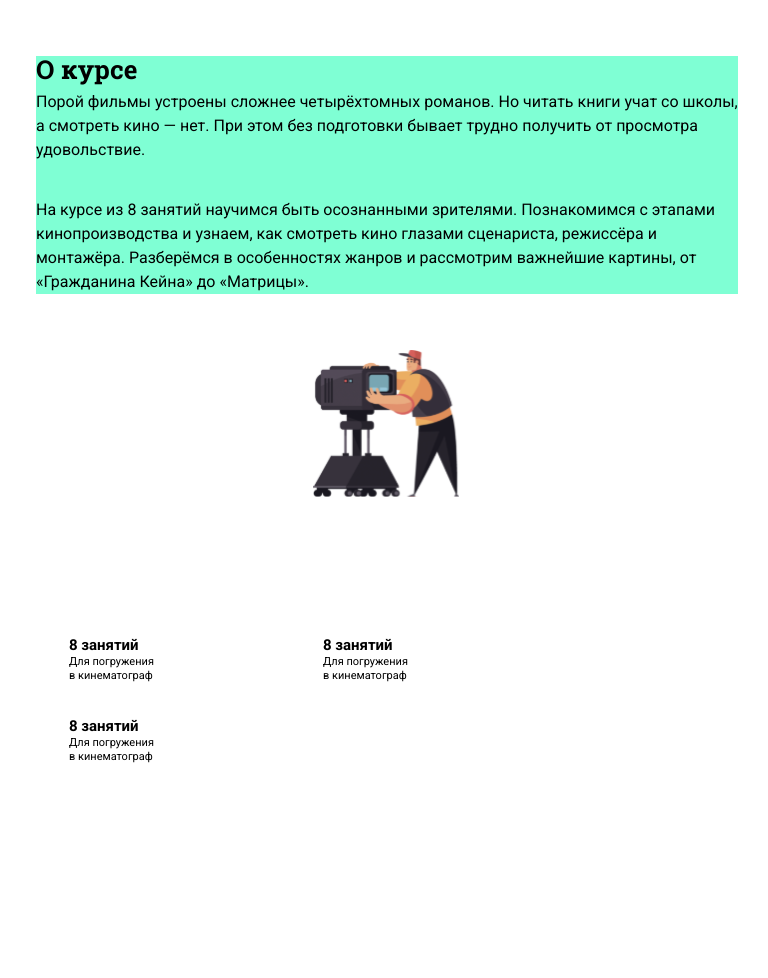
Repository: mirali879/Figma-project1
Page: index.html
These files come from the project's save history. The page is drawn as it stood at one moment and after the next save; the edit follows.
The browser window is 768 px wide. The pictures show the whole page.

Above is the page before, as saved 2023-04-30 12:28:45.

### index.html
<!DOCTYPE html>
<html lang="en">

<head>
  <meta charset="UTF-8" />
  <meta http-equiv="X-UA-Compatible" content="IE=edge" />
  <meta name="viewport" content="width=device-width, initial-scale=1.0" />
  <title>Document</title>
  <link rel="stylesheet" href="/index.css">
</head>

<body>
  <div class="container">
    <div class="row up">
      <div class="col left">
        <h1>О курсе</h1>
        <p>
          Порой фильмы устроены сложнее четырёхтомных романов. Но читать
          книги учат со школы, а смотреть кино — нет. При этом без
          подготовки бывает трудно получить от просмотра удовольствие.
        </p>
        <br><br>
        <p>
          На курсе из 8 занятий научимся быть осознанными зрителями.
          Познакомимся с этапами кинопроизводства и узнаем, как смотреть
          кино глазами сценариста, режиссёра и монтажёра. Разберёмся в
          особенностях жанров и рассмотрим важнейшие картины, от
          «Гражданина Кейна» до «Матрицы».
        </p>
      </div>
      <div class="col right">
        <svg width="314" height="315" viewBox="0 0 314 315" fill="none" xmlns="http://www.w3.org/2000/svg"
          xmlns:xlink="http://www.w3.org/1999/xlink">
          <rect width="314" height="315" fill="url(#pattern0)" />
          <defs>
            <pattern id="pattern0" patternContentUnits="objectBoundingBox" width="1" height="1">
              <use xlink:href="#image0_1_51" transform="matrix(0.00186916 0 0 0.00186323 0 -0.000275923)" />
            </pattern>
            <image id="image0_1_51" width="535" height="537"
              xlink:href="data:[embedded picture, 160582 characters]" />
          </defs>
        </svg>
      </div>
    </div>

    <div class="down">
      <img src="/images/photo 1.png" alt="" />
      <ul class="list">
        <li>
          <h5>8 занятий</h5>
          <p>Для погружения в кинематограф</p>
        </li>

        <li>
          <h5>8 занятий</h5>
          <p>Для погружения в кинематограф</p>
        </li>

        <li>
          <h5>8 занятий</h5>
          <p>Для погружения в кинематограф</p>
        </li>
      </ul>
    </div>
  </div>
</body>

</html>

### index.css
@import url("https://fonts.googleapis.com/css2?family=Roboto+Slab:wght@700&family=Roboto:wght@400;500;700&display=swap");
* {
  margin: 0;
  padding: 0;
}
.container {
  padding: 91px 150px 173px 124px;
}

.row {
  display: flex;
  justify-content: space-between;
  align-items: center;
}

.left {
  width: 662px;
}
.left h1 {
  font-size: 55px;
  font-family: "Roboto", sans-serif;
  font-weight: 700;
  margin-bottom: 0px;
}
.left p {
  font-family: "Roboto";
  font-style: normal;
  font-weight: 400;
  font-size: 24px;
  line-height: 150%;
}

.down {
  display: flex;
  align-items: center;
  justify-content: space-between;
  margin-top: 94px;
}

ul {
  margin-left: 132px;
  display: flex;
  justify-content: space-between;
  width: 100%;
}

li {
  width: 150px;
  list-style-type: none;
}
li p {
  font-family: "Roboto";
  font-style: normal;
  font-weight: 400;
  font-size: 18px;
  line-height: 130%;
}
li h5 {
  font-family: "Roboto";
  font-style: normal;
  font-weight: 700;
  font-size: 25px;
  line-height: 130%;
}
.down img {
  width: 232px;
  height: 203px;
}

@media screen and (max-width: 1024px) {
  /* tablet media  */
  .container {
    padding: 56px 86px 180px 72px;
  }
  .left h1 {
    font-size: 32px;
    margin-bottom: 32px;
  }
  .left {
    width: 382px;
  }
  .left p {
    font-size: 14px;
  }
  .right svg {
    width: 182px;
    height: 182px;
  }

  .down {
    display: flex;
    justify-content: flex-start;
  }

  .down img {
    display: none;
  }

  ul {
    margin-left: 0px;
    display: flex;
    justify-content: flex-start;
  }

  .list li {
    width: 86px;
    margin: 0 55px 0 0;
  }

  li h5 {
    font-family: Roboto;
    font-size: 15px;
    font-weight: 700;
    line-height: 19px;
    letter-spacing: 0em;
    text-align: left;
  }

  li p {
    font-family: Roboto;
    font-size: 11px;
    font-weight: 400;
    line-height: 14px;
    letter-spacing: 0em;
    text-align: left;
  }
}
@media screen and (max-width: 768px) {
  /* mobile media  */

  .container {
    padding: 56px 30px 180px 36px;
  }

  .left h1 {
    margin-bottom: 8.39px;
    font-family: Roboto Slab;
    font-size: 26px;
    font-weight: 700;
    line-height: 26px;
    letter-spacing: 0em;
    text-align: left;
  }

  .left p {
    font-family: Roboto;
    font-size: 16px;
    font-weight: 400;
    line-height: 24px;
    letter-spacing: 0em;
    text-align: left;
  }

  .row {
    display: flex;
    flex-wrap: wrap;
  }

  .left {
    background-color: aquamarine;
    width: 100%;
  }

  .right {
    margin: 56px 115px 45px 113px;
    display: flex;
    align-items: center;
    justify-content: center;
    width: 100%;
  }

  .right svg {
    width: 146.32px;
    height: 146.78px;
  }

  ul {
    margin-left: 0px;
    width: 100%;
    display: flex;
    flex-wrap: wrap;
  }


  .list li{
    width: 86px;
    margin:0 135px 34px 33px;
  }

}

After the next save:
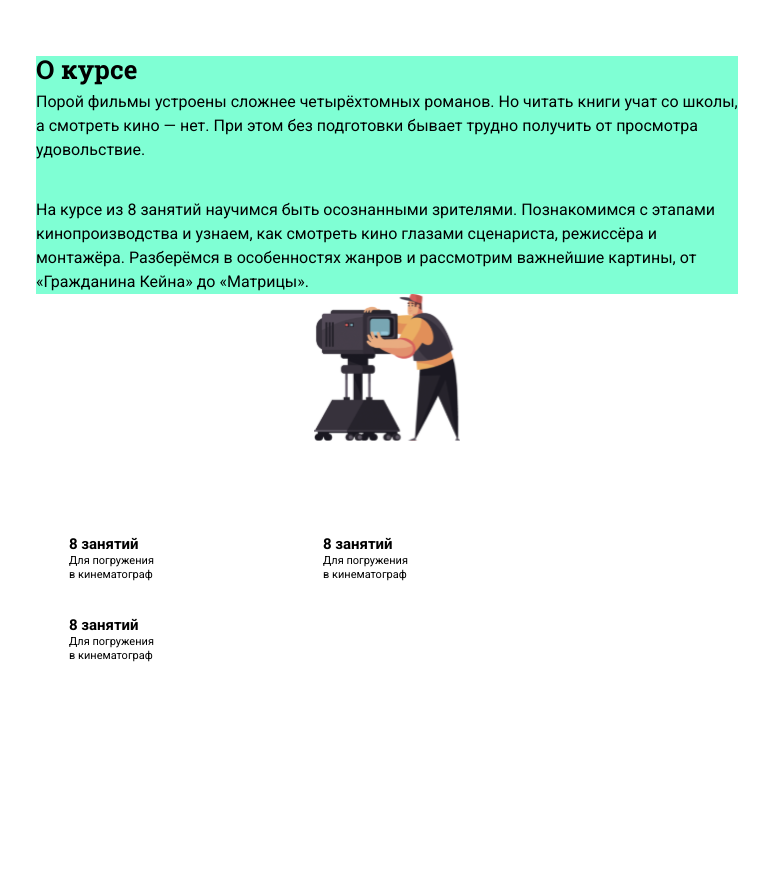
Saved 57 s later.
--- a/index.css
+++ b/index.css
@@ -162,7 +162,6 @@ li h5 {
   }
 
   .right {
-    margin: 56px 115px 45px 113px;
     display: flex;
     align-items: center;
     justify-content: center;
